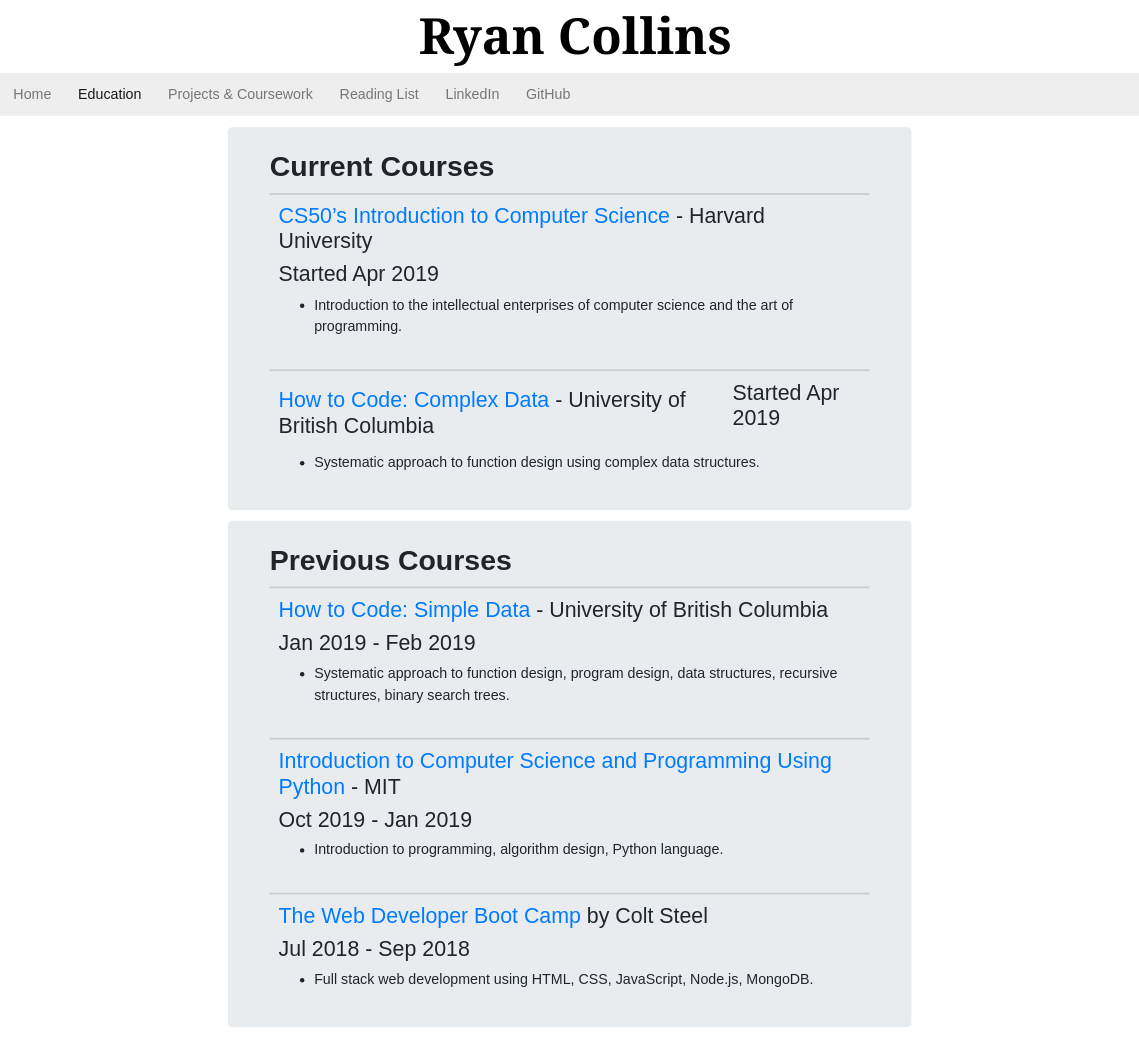
Repository: RyanMCollins/cs50
Page: pset5/homepage/education.html
The author's editor kept a record of every edit. The page is drawn from the files as they stood at one moment, then again after the next edit.
The browser window is 1280 px wide. The pictures show the whole page, at 89% of full size.

Above is the page before.

After the next edit:
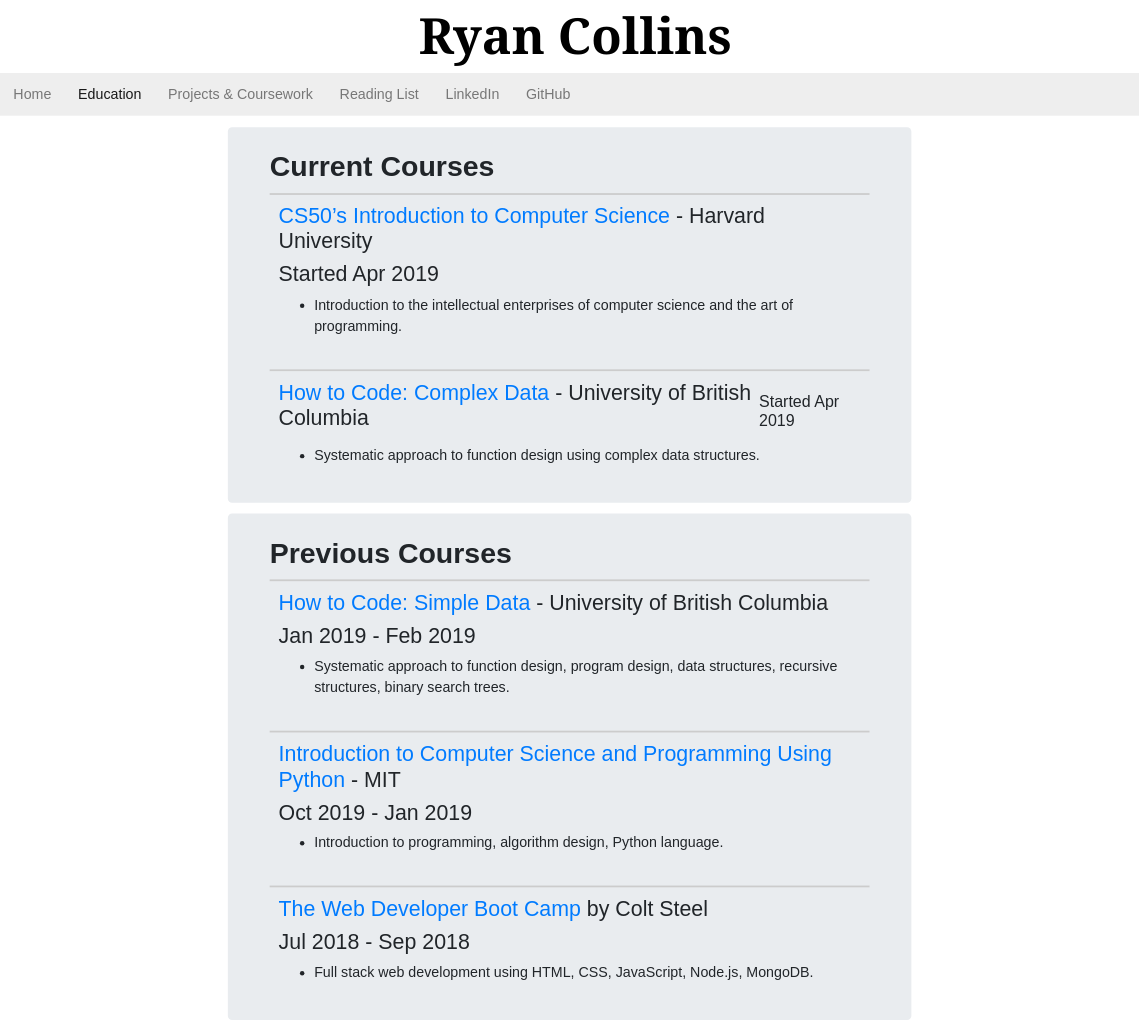
The edit:
--- a/pset5/homepage/education.html
+++ b/pset5/homepage/education.html
@@ -79,7 +79,7 @@
                             <a href="https://www.edx.org/course/how-code-complex-data-ubcx-htc2x">How to Code: Complex Data</a>
                             - University of British Columbia
                         </h4>
-                        <h4>
+                        <h4 class="sub-division-appendice">
                             Started Apr 2019
                         </h4>
                     </div>
